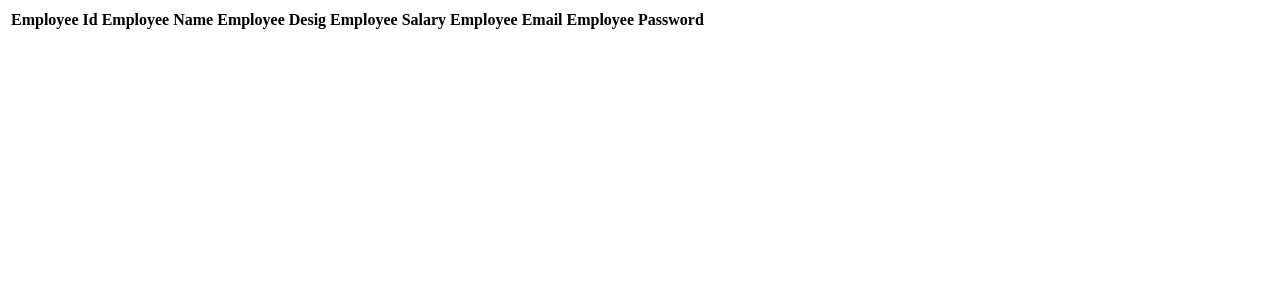
Repository: mohanraj2593/Spring
Page: http://localhost/Crud3/showEmployee.jsp
An editor plug-in stored every save of this project. The page is shown before and after the next save, followed by the edit.
The browser window is 1280 px wide. The pictures show the whole page.
The page is served by Tomcat 10. Other server files are loaded and not shown.

Above is the page before, as saved 2024-10-18 17:49:33.

### Crud3/src/main/webapp/showEmployee.jsp
<%@ page language="java" contentType="text/html; charset=UTF-8"
    pageEncoding="UTF-8"%>
<!DOCTYPE html>
<html>
<head>
<meta charset="UTF-8">
<title>Insert title here</title>
</head>
<body>
<table>
<tr>
<th>Employee Id</th>
<th>Employee Name</th>
<th>Employee Desig</th>
<th>Employee Salary</th>
<th>Employee Email</th>
<th>Employee Password</th>
</tr>
</table>
</body>
</html>

After the next save:
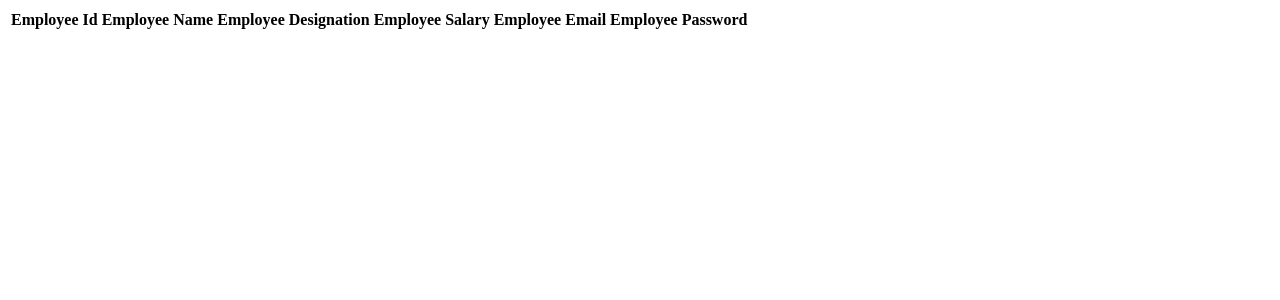
Saved 52 s later.
--- a/Crud3/src/main/webapp/showEmployee.jsp
+++ b/Crud3/src/main/webapp/showEmployee.jsp
@@ -11,11 +11,19 @@
 <tr>
 <th>Employee Id</th>
 <th>Employee Name</th>
-<th>Employee Desig</th>
+<th>Employee Designation</th>
 <th>Employee Salary</th>
 <th>Employee Email</th>
 <th>Employee Password</th>
 </tr>
+<tr>
+<th></th>
+<th></th>
+<th></th>
+<th></th>
+<th></th>
+<th></th>
+</tr>
 </table>
 </body>
 </html>
